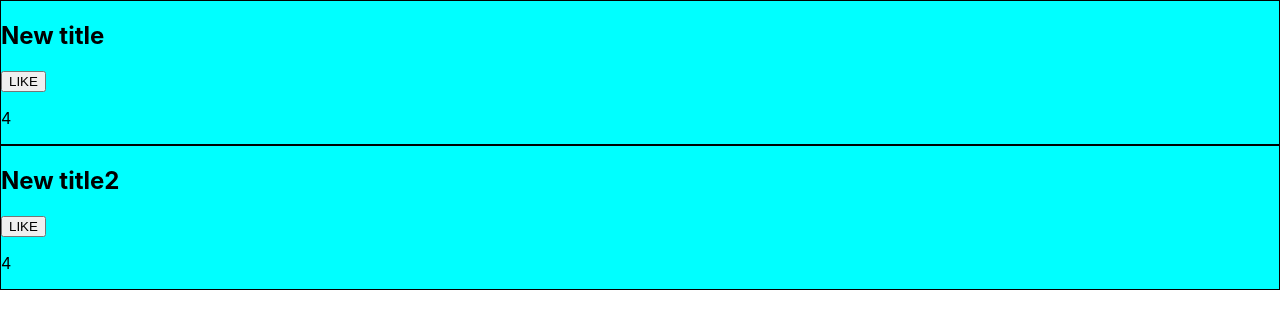
Repository: asapvtec98/egzamin
Page: /
The author's editor kept a copy of each file at every save. The page is drawn from the files as they stood at one save, then again after the next save.
The browser window is 1280 px wide. The pictures show the whole page.
The project was rebuilt for these pictures with package versions that can differ from the ones it lists, and the page was loaded fresh each time.

Above is the page before, as saved 2023-11-13 13:27:24.

After the next save:
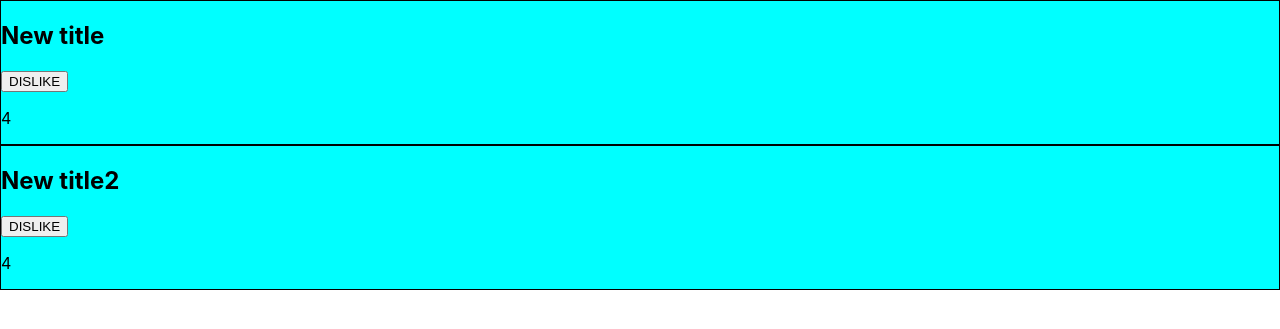
Saved 30 s later.
--- a/src/components/Comment.js
+++ b/src/components/Comment.js
@@ -4,7 +4,7 @@ import "./Comment.css"
 function Komentarz(props) {
     const [likes, setLike] = useState(false);
     const [count, setCount] = useState(4);
-    const [show, setShow] = useState(false)
+    const [show, setShow] = useState(false);
 
     const handleLikes = () => {
         if(!likes) {
@@ -23,7 +23,7 @@ function Komentarz(props) {
             <h2>{props.title}</h2>
             <button type="button" onClick={() => {
                 handleLikes();
-            }}>LIKE</button>
+            }}>{show === true ? 'Like' : 'DISLIKE'}</button>
             <p>{count}</p>
         </div>
     )

After the 2 saves that followed:
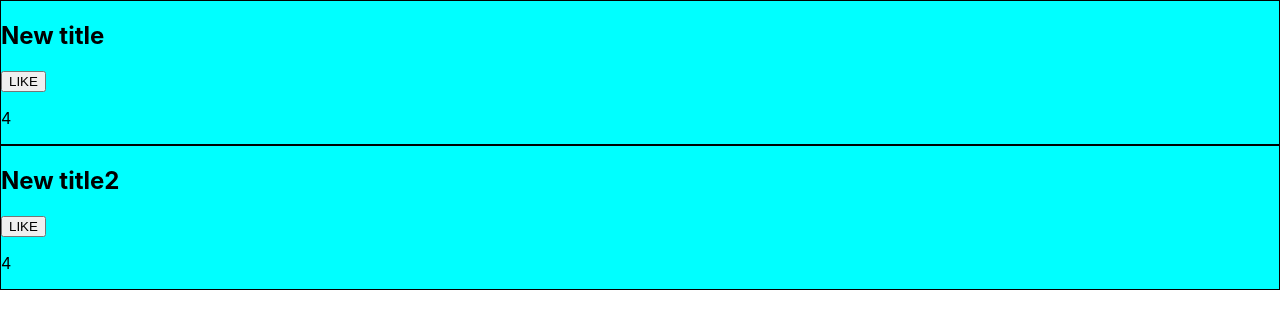
The 2 saves are shown as one change because 1 left the picture as it was.
The last was saved 8 min 4 s later.
--- a/src/components/Comment.js
+++ b/src/components/Comment.js
@@ -4,7 +4,7 @@ import "./Comment.css"
 function Komentarz(props) {
     const [likes, setLike] = useState(false);
     const [count, setCount] = useState(4);
-    const [show, setShow] = useState(false);
+    const [show, setShow] = useState(true);
 
     const handleLikes = () => {
         if(!likes) {
@@ -23,7 +23,7 @@ function Komentarz(props) {
             <h2>{props.title}</h2>
             <button type="button" onClick={() => {
                 handleLikes();
-            }}>{show === true ? 'Like' : 'DISLIKE'}</button>
+            }}>{show === true ? 'LIKE' : 'DISLIKE'}</button>
             <p>{count}</p>
         </div>
     )
